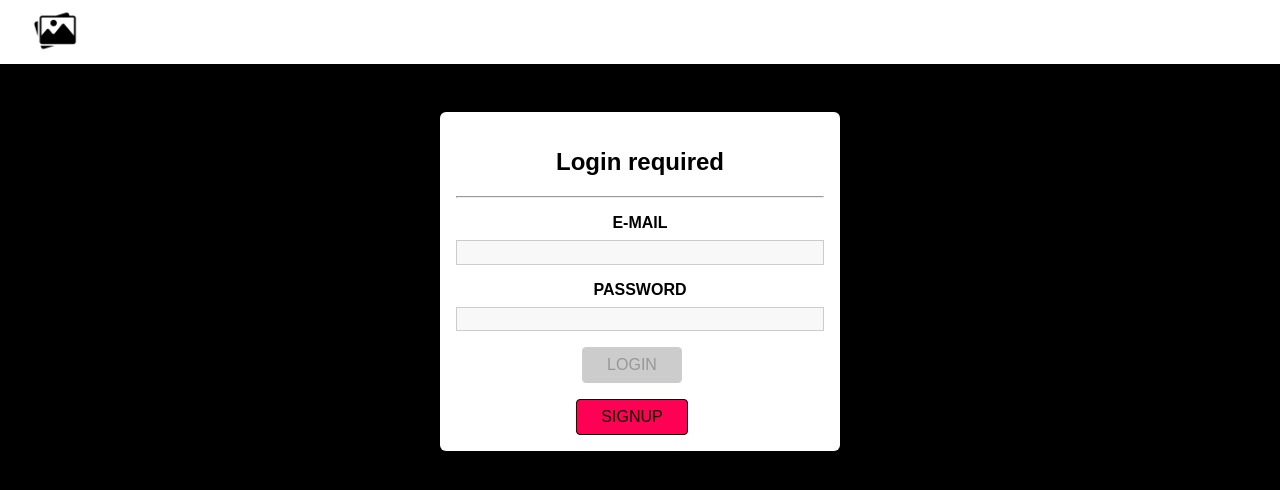
Repository: TanviSanyal/ImageEditingBootcamp
Page: /auth
The author's editor kept a copy of each file at every save. The page is drawn from the files as they stood at one save, then again after the next save.
The browser window is 1280 px wide. The pictures show the whole page.
The pointer rests on the first visible `.button--inverse`.
The project was rebuilt for these pictures with package versions that can differ from the ones it lists, and the page was loaded fresh each time. Also part of the build but not shown: src/App.css, src/users/student/Student_Auth.js, src/shared/Home.js, src/users/instructor/Instructor.css, src/shared/components/UIElements/Modal.css, src/shared/components/UIElements/Backdrop.css, src/shared/components/UIElements/Backdrop.js, src/shared/components/UIElements/Modal.js and 10 more.

Above is the page before, as saved 2020-09-28 03:58:44.

### public/index.html
<!DOCTYPE html>
<html lang="en">
  <head>
    <meta charset="utf-8" />
    <link rel="icon" href="%PUBLIC_URL%/favicon.ico" />
    <meta name="viewport" content="width=device-width, initial-scale=1" />
    <meta name="theme-color" content="#000000" />
    <meta
      name="description"
      content="Web site created using create-react-app"
    />
    <link rel="apple-touch-icon" href="%PUBLIC_URL%/logo192.png" />
    <link rel="manifest" href="%PUBLIC_URL%/manifest.json" />
    <title>React App</title>
  </head>
  <body>
    <noscript>You need to enable JavaScript to run this app.</noscript>
    <div id="backdrop-hook"></div>
    <div id="modal-hook"></div>
    <div id="root"></div>
  </body>
</html>

### src/index.css
@import url('https://fonts.googleapis.com/css?family=Open+Sans:400,700&display=swap');

* {
  box-sizing: border-box;
}

html {
  font-family:Arial, Helvetica, sans-serif;
	font-weight:normal;
}

body {
  margin: 0;
  background: black;
}

### src/App.js
import React, { useCallback, useState } from 'react';
import {
  BrowserRouter as Router,
  Route,
  Redirect,
  Switch
} from 'react-router-dom';
import './App.css'
import MainNavigation from '../src/shared/components/navigation/MainNavigation';
import Auth from './users/instructor/Auth';
import Student_Auth from './users/student/Student_Auth'
import Home from './shared/Home';
import Instructor from './users/instructor/Instructor';
import { InstructorAuthContext } from './shared/context/auth-context';
import Student from './users/student/Student';
import CreateTask from './users/instructor/CreateTask';

const App = () => {

  const [isLoggedIn, setIsLoggedIn] = useState(false);

  const login = useCallback(() => {
    setIsLoggedIn(true);
  }, []);

  const logout = useCallback(() => {
    setIsLoggedIn(false);
  }, []);
  console.log(isLoggedIn);

  let routes;
  //  if (isLoggedIn) {

  //   routes = (<Switch>
  //             <Route path="/addtask">
  //               <CreateTask/>
  //             </Route>

  //             <Redirect to="/" /></Switch>);

  // }
  // else {
    routes = (<Switch>
      <Route path="/" exact>
        <Home />
      </Route>
      <Route path="/auth" exact>
        <Auth />
      </Route>
      <Route path="/studentauth">
        <Student_Auth />
      </Route>
      <Route path="/instructor">
                <Instructor />
              </Route>
              <Route path="/student">
                <Student />
              </Route>
              <Route path="/addtask">
                <CreateTask/>
              </Route>
      <Redirect to="/auth" />
    </Switch>);
  // }


  return (
    <InstructorAuthContext.Provider value={{ isLoggedIn: isLoggedIn, login: login, logout: logout }} >
      <Router>
        <MainNavigation />
        <main>
          {routes}
        </main>
      </Router>
    </InstructorAuthContext.Provider>
  );
};

export default App;

### src/shared/components/navigation/MainNavigation.js
import React from 'react';
import logo from '../../../../src/images/image.jpg';
import MainHeader from './MainHeader';
import './MainNavigation.css';

const MainNavigation = props => {
  // const [drawerIsOpen, setDrawerIsOpen] = useState(false);

  // const openDrawerHandler = () => {
  //   setDrawerIsOpen(true);
  // };

  // const closeDrawerHandler = () => {
  //   setDrawerIsOpen(false);
  // };

  return (
    <React.Fragment>


      <MainHeader>

        <div >
        <a className="main-navigation__logo" href="/"><img src={logo} alt="logo"/></a>
        </div>
        {/* <div className="main-navigation__header-nav">
          <NavLinks />
        </div> */}
      </MainHeader>
    </React.Fragment>
  );
};

export default MainNavigation;

### src/users/instructor/Auth.js
import React, { useState, useContext } from 'react';
import './Auth.css';
import Card from '../../shared/components/UIElements/Card';
import Input from '../../shared/components/FormElements/Input';
import Button from '../../shared/components/FormElements/Button';
import { VALIDATOR_EMAIL, VALIDATOR_MINLENGTH, VALIDATOR_REQUIRE } from '../../shared/util/validators';
import { useForm } from '../../shared/custom_hooks/form-hook';
import { InstructorAuthContext } from '../../shared/context/auth-context'
import { Link } from 'react-router-dom';

const Auth = (props) => {

    const auth = useContext(InstructorAuthContext);

    const [isLoginMode, setIsLoginMode] = useState(true);

    const [formState, inputHandler, setFormData] = useForm({
        email: {
            value: '',
            isValid: false
        },
        password: {
            value: '',
            isValid: false
        }

    }, false);

    const authSubmitHandler = event => {
        event.preventDefault();
        // console.log(formState.inputs);
        auth.login();
        console.log(auth);
    };

    const switchModeHandler = () => {
        if (!isLoginMode) {
            setFormData({
                ...formState.inputs,
                name: undefined
            }, formState.inputs.email.isValid && formState.inputs.password.isValid);
        }
        else {
            setFormData({
                ...formState.inputs,
                name: {
                    value: '',
                    isValid: false
                }
            }, false);
        }

        setIsLoginMode(prevMode => !prevMode);
    };

    return (
        <>
        <Card className="authentication">
            <h2>Login required</h2>
            <hr />
            <form onSubmit={authSubmitHandler} action="/instructor">
                {!isLoginMode && (<Input id="name"
                    element="input"
                    type="text"
                    label="NAME"
                    validators={[VALIDATOR_REQUIRE()]}
                    errorText="Please enter a name."
                    onInput={inputHandler}
                />)}
                <Input id="email"
                    element="input"
                    type="email"
                    label="E-MAIL"
                    validators={[VALIDATOR_EMAIL()]}
                    errorText="Please enter a valid email address"
                    onInput={inputHandler}
                />
                <Input id="password"
                    element="input"
                    type="password"
                    label="PASSWORD"
                    validators={[VALIDATOR_MINLENGTH(5)]}
                    errorText="Please enter a valid password. Atleast 5 charecters"
                    onInput={inputHandler}
                />
                {/* <Link to="/instructor"><Button type="submit" disabled={!formState.isValid} >
                    {isLoginMode? 'LOGIN' : 'SIGNUP'}
                    </Button></Link> */}
                    <Link to="/instructor"><Button type="submit" disabled={!formState.isValid} >
                    {isLoginMode? 'LOGIN' : 'SIGNUP'}
                </Button></Link>
            </form>
            <Button inverse onClick={switchModeHandler}>{isLoginMode ? 'SIGNUP' : 'LOGIN'}</Button>
        </Card>
        </>
    );
};

export default Auth;

### src/shared/context/auth-context.js
import {createContext} from 'react';

export const InstructorAuthContext=  createContext({
    isLoggedIn : false,
    login: () => {},
    logout: () => {}
});

### src/shared/components/navigation/MainHeader.js
import React from 'react';

import './MainHeader.css';

const MainHeader = props => {
  return <header className="main-header">{props.children}</header>;
};

export default MainHeader;

### src/shared/components/navigation/MainNavigation.css

  .main-navigation__header-nav {
    display: block;
  }
  .main-navigation__logo{
    margin-left: 2rem;
  }
  img{
    height:20%;
    width: 20%;
  }

### src/users/instructor/Auth.css
.authentication__header {
    color: white;
    text-align: center;
  }

  .authentication {
    width: 90%;
    max-width: 25rem;
    margin: 7rem auto;
    text-align: center;
  }

  .authentication form {
    margin-bottom: 1rem;
  }
  /* #login_signup{
    background:black;
    font-family: inherit;
    border:none ;
    height: 42px;
    width: 30%;
    color: white;
    font-size: 16px;
    font-weight: bold;
  } */
  .login_signup {
    font: inherit;
    padding: 0.5rem 1.5rem;
    border: 1px solid #ff0055;
    border-radius: 4px;
    background: #ff0055;
    color: white;
    cursor: pointer;
    margin-right: 1rem;
    text-decoration: none;
    display: inline-block;
  }

  .login_signup:focus {
    outline: none;
  }

  .login_signup:hover,
  .login_signup:active {
    background: #ff4382;
    border-color: #ff4382;
  }

  .login_signup--inverse {
    background: transparent;
    color: #ff0055;
  }

  .login_signup--inverse:hover,
  .login_signup--inverse:active {
    color: white;
    background: #ff0055;
  }

  .login_signup--danger {
    background: #830000;
    border-color: #830000;
  }

  .login_signup--danger:hover,
  .login_signup--danger:active {
    background: #f34343;
    border-color: #f34343;
  }

  .login_signup:disabled,
  .login_signup:hover:disabled,
  .login_signup:active:disabled {
    background: #ccc;
    color: #979797;
    border-color: #ccc;
    cursor: not-allowed;
  }

  .login_signup--small {
    font-size: 0.8rem;
  }

  .button--big {
    font-size: 1.5rem;
  }

### src/shared/components/FormElements/Input.js
import React,{useReducer,useEffect} from 'react';
import './Input.css';
import {validate} from '../../util/validators';

const inputReducer = (state,action) =>{
    switch (action.type) {
        case 'CHANGE':
            return {
                ...state,
                value:action.val,
                isValid:validate(action.val,action.validators)
            };
        case 'TOUCH':
            return{
                ...state,
                isTouched:true
            };
        default:
            return state;
    }
};


const Input = props => {

    const [inputState,dispatch] = useReducer(inputReducer,{value:props.initialValue || '', isValid:props.initialValid ||false ,isTouched:false});

    const touchHandler = () => {
        dispatch({
            type:'TOUCH'
        });
    };

    const {id,onInput}=props;
    const {value,isValid}=inputState;

    useEffect(() => {
        onInput(id,value,isValid)
    },[id,value,isValid,inputState]);

    const changeHandler = event => {
        dispatch({type:'CHANGE', val:event.target.value, validators: props.validators});
    };

    const element = props.element==='input' ? (<input id={props.id}
                                                      type={props.type}
                                                      placeholder={props.placeholder}
                                                      onChange={changeHandler}
                                                      onBlur={touchHandler}
                                                      value={inputState.value}
                                                      />)
    : (<textarea id={props.id}
                 rows={props.rows || 3}
                 onChange={changeHandler}
                 onBlur={touchHandler}
                 value={inputState.value}/>);
    return (
        <div className={`form-control ${!inputState.isValid && inputState.isTouched && 'form-control--invalid'}`}>
            <label htmlFor={props.id}>{props.label}</label>
            {element}
            {!inputState.isValid && inputState.isTouched && <p>{props.errorText}</p>}
        </div>
    );
};

export default Input;

### src/shared/components/FormElements/Button.js
import React from 'react';
import { Link } from 'react-router-dom';

import './Button.css';

const Button = props => {
  if (props.href) {
    return (
      <a
        className={`button button--${props.size || 'default'} ${props.inverse &&
          'button--inverse'} ${props.danger && 'button--danger'}`}
        href={props.href}
        disabled={props.disabled}
      >
        {props.children}
      </a>
    );
  }
  if (props.to) {
    return (
      <Link
        to={props.to}
        exact={props.exact}
        className={`button button--${props.size || 'default'} ${props.inverse &&
          'button--inverse'} ${props.danger && 'button--danger'}`}
          disabled={props.disabled}
      >
        {props.children}
      </Link>
    );
  }
  return (
    <button
      className={`button button--${props.size || 'default'} ${props.inverse &&
        'button--inverse'} ${props.danger && 'button--danger'}`}
      type={props.type}
      onClick={props.onClick}
      disabled={props.disabled}
    >
      {props.children}
    </button>
  );
};

export default Button;

### src/shared/util/validators.js
const VALIDATOR_TYPE_REQUIRE = 'REQUIRE';
const VALIDATOR_TYPE_MINLENGTH = 'MINLENGTH';
const VALIDATOR_TYPE_MAXLENGTH = 'MAXLENGTH';
const VALIDATOR_TYPE_MIN = 'MIN';
const VALIDATOR_TYPE_MAX = 'MAX';
const VALIDATOR_TYPE_EMAIL = 'EMAIL';
const VALIDATOR_TYPE_FILE = 'FILE';

export const VALIDATOR_REQUIRE = () => ({ type: VALIDATOR_TYPE_REQUIRE });
export const VALIDATOR_FILE = () => ({ type: VALIDATOR_TYPE_FILE });
export const VALIDATOR_MINLENGTH = val => ({
  type: VALIDATOR_TYPE_MINLENGTH,
  val: val
});
export const VALIDATOR_MAXLENGTH = val => ({
  type: VALIDATOR_TYPE_MAXLENGTH,
  val: val
});
export const VALIDATOR_MIN = val => ({ type: VALIDATOR_TYPE_MIN, val: val });
export const VALIDATOR_MAX = val => ({ type: VALIDATOR_TYPE_MAX, val: val });
export const VALIDATOR_EMAIL = () => ({ type: VALIDATOR_TYPE_EMAIL });

export const validate = (value, validators) => {
  let isValid = true;
  for (const validator of validators) {
    if (validator.type === VALIDATOR_TYPE_REQUIRE) {
      isValid = isValid && value.trim().length > 0;
    }
    if (validator.type === VALIDATOR_TYPE_MINLENGTH) {
      isValid = isValid && value.trim().length >= validator.val;
    }
    if (validator.type === VALIDATOR_TYPE_MAXLENGTH) {
      isValid = isValid && value.trim().length <= validator.val;
    }
    if (validator.type === VALIDATOR_TYPE_MIN) {
      isValid = isValid && +value >= validator.val;
    }
    if (validator.type === VALIDATOR_TYPE_MAX) {
      isValid = isValid && +value <= validator.val;
    }
    if (validator.type === VALIDATOR_TYPE_EMAIL) {
      isValid = isValid && /^\S+@\S+\.\S+$/.test(value);
    }
  }
  return isValid;
};

### src/shared/custom_hooks/form-hook.js
import { useCallback, useReducer } from 'react';

const formReducer = (state, action) => {
  switch (action.type) {
    case 'INPUT_CHANGE':
      let formIsValid = true;
      for (const inputId in state.inputs) {
        if(!state.inputs[inputId])
        {
          continue;
        }
        if (inputId === action.inputId) {
          formIsValid = formIsValid && action.isValid;
        } else {
          formIsValid = formIsValid && state.inputs[inputId].isValid;
        }
      }
      return {
        ...state,
        inputs: {
          ...state.inputs,
          [action.inputId]: { value: action.value, isValid: action.isValid }
        },
        isValid: formIsValid
      };
    case 'SET_DATA':
      return {
        inputs: action.inputs,
        isValid: action.formIsValid
      };
    default:
      return state;
  }
};

export const useForm = (initialInputs, initialFormValidity) => {
  const [formState, dispatch] = useReducer(formReducer, {
    inputs: initialInputs,
    isValid: initialFormValidity
  });

  const inputHandler = useCallback((id, value, isValid) => {
    dispatch({
      type: 'INPUT_CHANGE',
      value: value,
      isValid: isValid,
      inputId: id
    });
  }, []);

  const setFormData = useCallback((inputData, formValidity) => {
    dispatch({
      type: 'SET_DATA',
      inputs: inputData,
      formIsValid: formValidity
    });
  }, []);

  return [formState, inputHandler, setFormData];
};

### src/users/student/Student_Auth.css
.authentication__header {
    color: white;
    text-align: center;
  }

  .authentication {
    width: 90%;
    max-width: 25rem;
    margin: 7rem auto;
    text-align: center;
  }

  .authentication form {
    margin-bottom: 1rem;
  }
  .experience{
    display: block;
    font-size:inherit;
    font-family: inherit;
  }
  .level{
    display: block;
  }

### src/shared/Home.css
.main-body{
    text-align: center;
    padding-top: 10vh;
    padding-left: 3%;
    padding-right: 3%;
  }

  .text1{
    color:rgb(200,200,200);
    font-size: 170%;
    letter-spacing: 3PX;
    font-weight: 700;
    animation: text 3s 1;
  }
  .text2{
    color: rgb(200,200,200);
    font-size: 170%;
    letter-spacing: 4PX;
    line-height: 37PX;
    font-weight: 700;
    padding-bottom: 68px;
  }
  #instructor{
    display: block;
    margin-bottom: 20px;
    width:56%;
    height: 6vh;
    margin-left: 21%;
    background-color:white;
    border: none;
    font-weight: bold;
    font-family: inherit;
    font-size: 100%;
    border-radius: 2%;
  }
  #student{
    display: block;
    margin-bottom: 20px;
    width:56%;
    height: 6vh;
    margin-left: 21%;
    background-color:white;
    border: none;
    font-weight: bold;
    font-family: inherit;
    font-size: 100%;
    border-radius: 2%;
  }
  #instructor:hover{
    background-color:black;
    color: white;
  }
  #student:hover{
    background-color:black;
    color: white;
  }
  form{
    border: none;
  }

  @keyframes text{
    0%{
      color: black;
      margin-bottom: -40px;
    }
    30%{
      letter-spacing: 20px;
    }

  }

### src/shared/components/navigation/MainHeader.css
.main-header {
    width: 100%;
    height: 4rem;
    display: flex;
    align-items: center;
    position: fixed;
    top: 0;
    left: 0;
    background: white;
    justify-content: space-between;

  }
  main {
    margin-top: 5rem;
  }

### src/shared/components/UIElements/Card.css
.card {
    margin: 0;
    box-shadow: 0 2px 8px rgba(0, 0, 0, 0.26);
    border-radius: 6px;
    padding: 1rem;
    overflow: hidden;
    background: white;
  }

### src/shared/components/FormElements/Input.css
.form-control {
    margin: 1rem 0;
  }

  .form-control label,
  .form-control input,
  .form-control textarea {
    display: block;
  }

  .form-control label {
    font-weight: bold;
    margin-bottom: 0.5rem;
  }

  .form-control input,
  .form-control textarea {
    width: 100%;
    font: inherit;
    border: 1px solid #ccc;
    background: #f8f8f8;
    padding: 0.15rem 0.25rem;
  }

  .form-control input:focus,
  .form-control textarea:focus {
    outline: none;
    background: #ebebeb;
    border-color: #510077;
  }

  .form-control--invalid label,
  .form-control--invalid p {
    color: red;
  }

  .form-control--invalid input,
  .form-control--invalid textarea {
    border-color: red;
    background: #ffd1d1;
  }

### src/shared/components/FormElements/Button.css
.button {
    font: inherit;
    padding: 0.5rem 1.5rem;
    border: 1px solid #ff0055;
    border-radius: 4px;
    background: #ff0055;
    color: white;
    cursor: pointer;
    margin-right: 1rem;
    text-decoration: none;
    display: inline-block;
  }

  .button:focus {
    outline: none;
  }

  .button:hover,
  .button:active {
    background:#ff0055;
    border-color:black;
    color: black;
  }

  .button--inverse {
    background: transparent;
    color:#ff0055 ;
  }

  .button--inverse:hover,
  .button--inverse:active {
    color: black;
    background: #ff0055;
    border-color: black;
  }

  .button--danger {
    background:red;
    border-color: #830000;
  }

  .button--danger:hover,
  .button--danger:active {
    background: #f34343;
    border-color: #f34343;
  }

  .button:disabled,
  .button:hover:disabled,
  .button:active:disabled {
    background: #ccc;
    color: #979797;
    border-color: #ccc;
    cursor: not-allowed;
  }

  .button--small {
    font-size: 0.8rem;
  }

  .button--big {
    font-size: 1.5rem;
  }

Loaded but not shown: src/index.js (common file); src/shared/components/UIElements/Card.js (common file); public/manifest.json (common file)

After the next save:
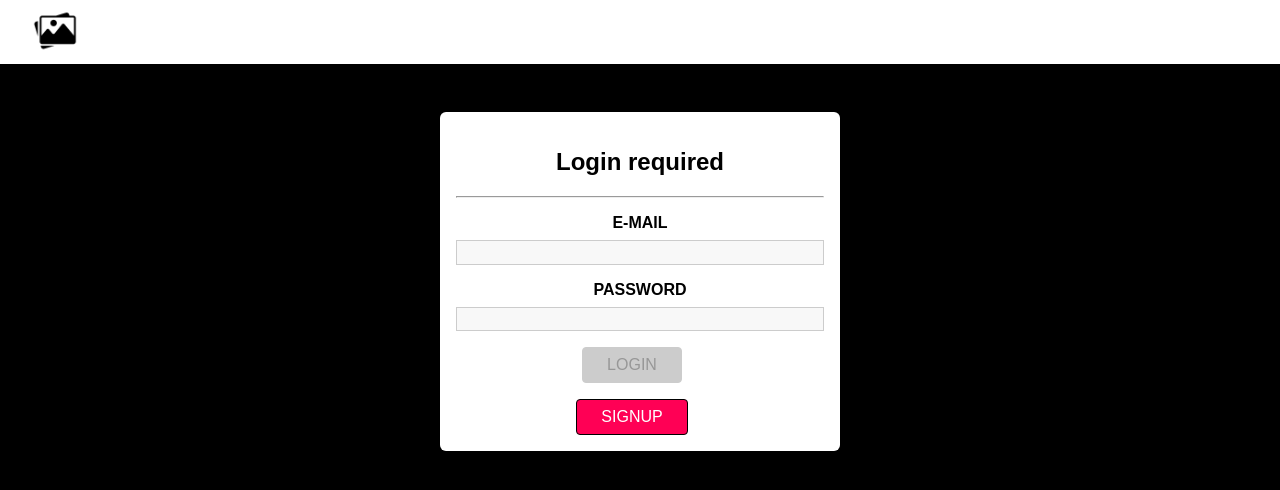
Saved 45 s later.
--- a/src/shared/components/FormElements/Button.css
+++ b/src/shared/components/FormElements/Button.css
@@ -29,9 +29,8 @@
 
   .button--inverse:hover,
   .button--inverse:active {
-    color: black;
+    color: white;
     background: #ff0055;
-    border-color: black;
   }
 
   .button--danger {
